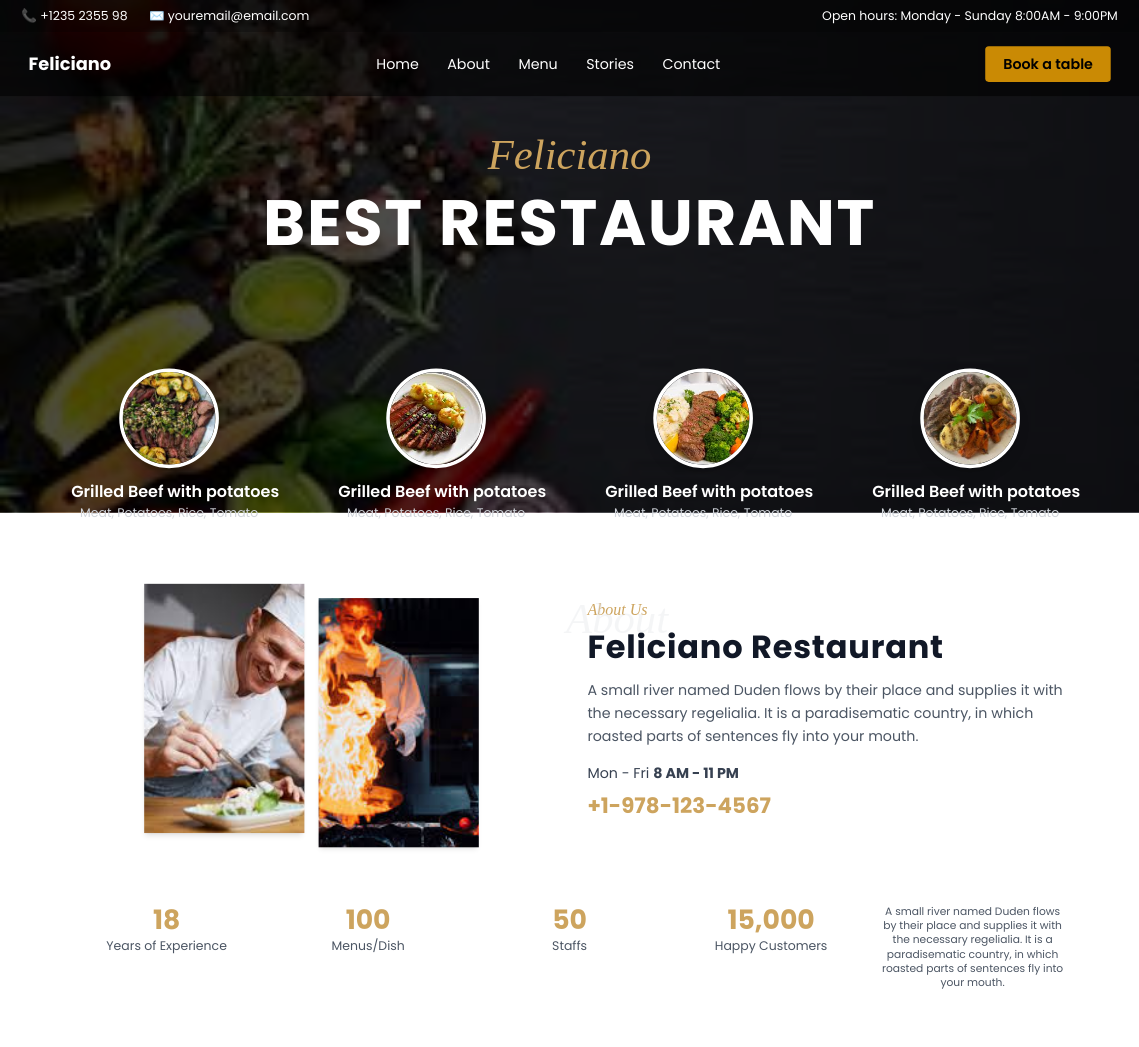
Repository: Purniagithub/Benttacproject
Page: /
An editor plug-in stored every save of this project. The page is shown before and after the next save, followed by the edit.
The browser window is 1280 px wide. The pictures show the whole page, at 89% of full size.
Some web fonts or font styles are not loaded; a fallback is used. The project was rebuilt for these pictures with package versions that can differ from the ones it lists, and the page was loaded fresh each time. Also part of the build but not shown: vite.config.js.

Above is the page before, as saved 2025-08-21 16:53:41.

After the next save:
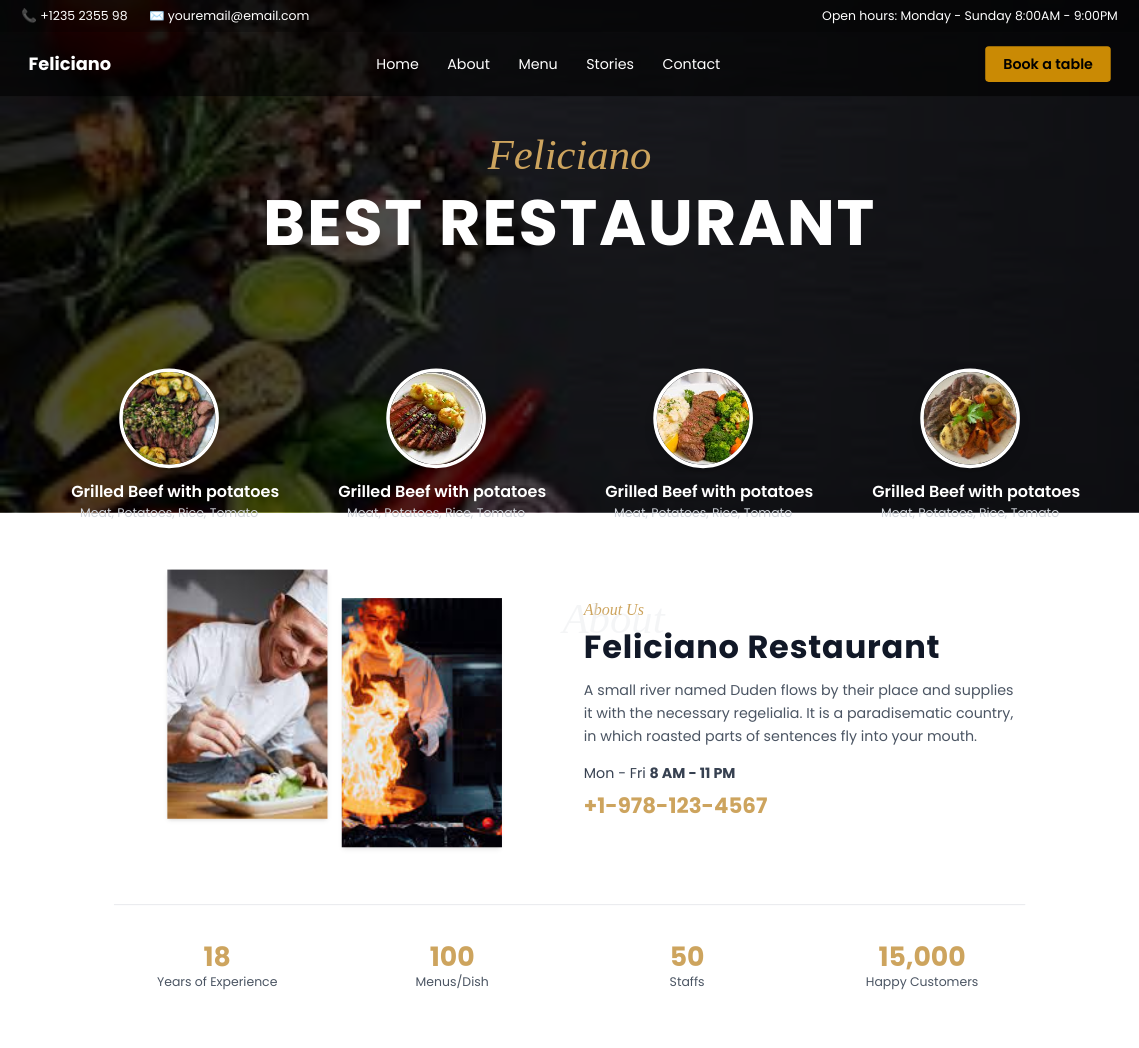
Saved 35 min 13 s later.
--- a/src/components/AboutSection.jsx
+++ b/src/components/AboutSection.jsx
@@ -3,16 +3,16 @@ import React from "react";
 
 export default function AboutSection() {
   return (
-    <section className="w-full bg-white py-16 px-6 lg:px-20">
-      <div className="max-w-7xl mx-auto">
+    <section className="w-full bg-white py-16">
+      <div className="max-w-5xl mx-auto text-center">
         {/* Top Grid (Images + Content) */}
-        <div className="grid grid-cols-1 lg:grid-cols-2 gap-10 items-center">
+        <div className="grid grid-cols-1 lg:grid-cols-2 gap-8 items-center">
           {/* Left Images */}
-          <div className="flex justify-center items-center gap-4">
+          <div className="flex justify-center gap-4">
             <img
               src="/chef-1.jpeg"
               alt="Chef serving"
-              className=" shadow-md object-cover h-[280px] w-[180px]"
+              className="shadow-md object-cover h-[280px] w-[180px]"
             />
             <img
               src="/chef-5.jpeg"
@@ -22,7 +22,7 @@ export default function AboutSection() {
           </div>
 
           {/* Right Content */}
-          <div>
+          <div className="text-left lg:text-left">
             <h3 className="text-lg font-serif italic text-[#CDA45E] relative mb-2">
               <span className="absolute -left-6 top-0 text-5xl text-gray-200 opacity-40">
                 About
@@ -47,8 +47,8 @@ export default function AboutSection() {
           </div>
         </div>
 
-        {/* Stats Section (moved outside grid so it stays below both columns) */}
-        <div className="grid grid-cols-2 sm:grid-cols-5 gap-3 mt-16">
+        {/* Stats Section */}
+        <div className="grid grid-cols-2 sm:grid-cols-4 gap-8 mt-16 border-t border-gray-200 pt-10">
           <div className="text-center">
             <h4 className="text-3xl font-bold text-[#CDA45E]">18</h4>
             <p className="text-sm text-gray-600">Years of Experience</p>
@@ -65,11 +65,6 @@ export default function AboutSection() {
             <h4 className="text-3xl font-bold text-[#CDA45E]">15,000</h4>
             <p className="text-sm text-gray-600">Happy Customers</p>
           </div>
-          <div className="text-center">
-            <p className=" text-xs text-gray-600">A small river named Duden flows by their place and supplies it
-              with the necessary regelialia. It is a paradisematic country, in
-              which roasted parts of sentences fly into your mouth.</p>
-          </div>
         </div>
       </div>
     </section>
